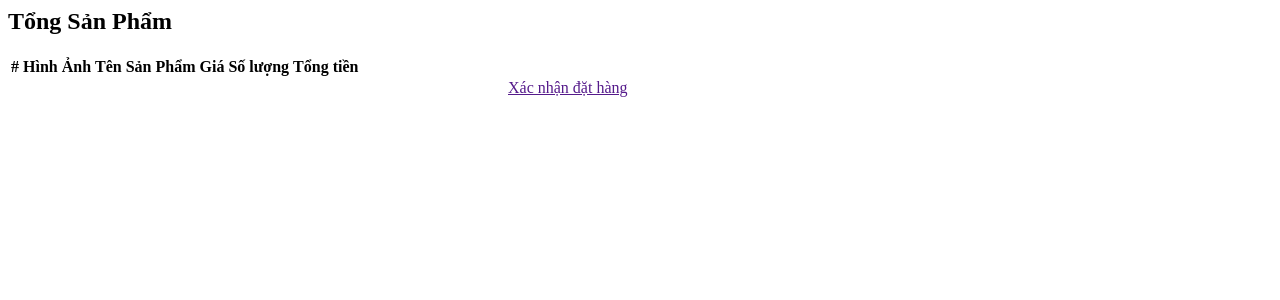
Repository: VuNgocLong2626/exercise_web_CT428
Page: http://localhost/VuNgocLongB1805784/user/thanhtoan.php
These files come from the project's save history. The page is drawn as it stood at one moment and after the next save; the edit follows.
The browser window is 1280 px wide. The pictures show the whole page.
The page is run by PHP 8.4 with error messages shown; the project is at /var/www/html/.

Above is the page before, as saved 2021-10-14 23:19:42.

After the next save:
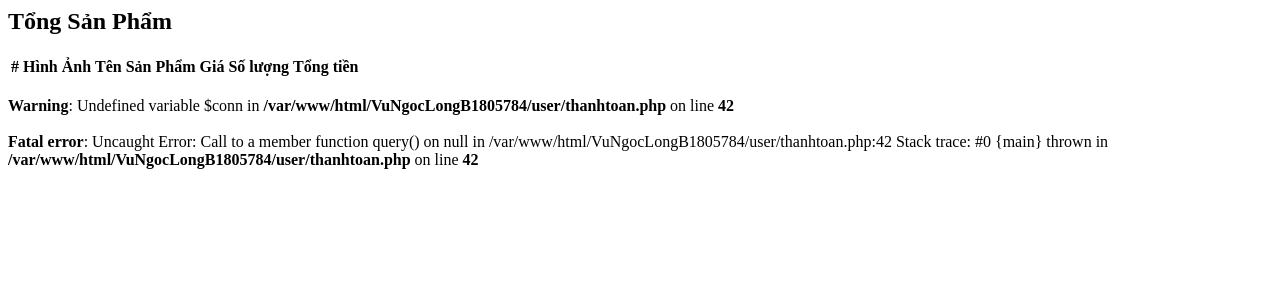
Saved 11 min 59 s later.
--- a/VuNgocLongB1805784/user/thanhtoan.php
+++ b/VuNgocLongB1805784/user/thanhtoan.php
@@ -39,7 +39,8 @@
             ?>
     </table>
     <?php
-
+        $result = $conn->query("SELECT * FROM khachhang kh JOIN diachikh dc ON kh.MSKH = dc.MSKH WHERE kh.MSKH = ".$_SESSION['MSKH']."");
+        $row = $result->fetch_assoc();
     ?>
     <a href="" class="btn btn-secondary btn-lg" style="margin: 50px 500px;" >Xác nhận đặt hàng</a>
 </div>
